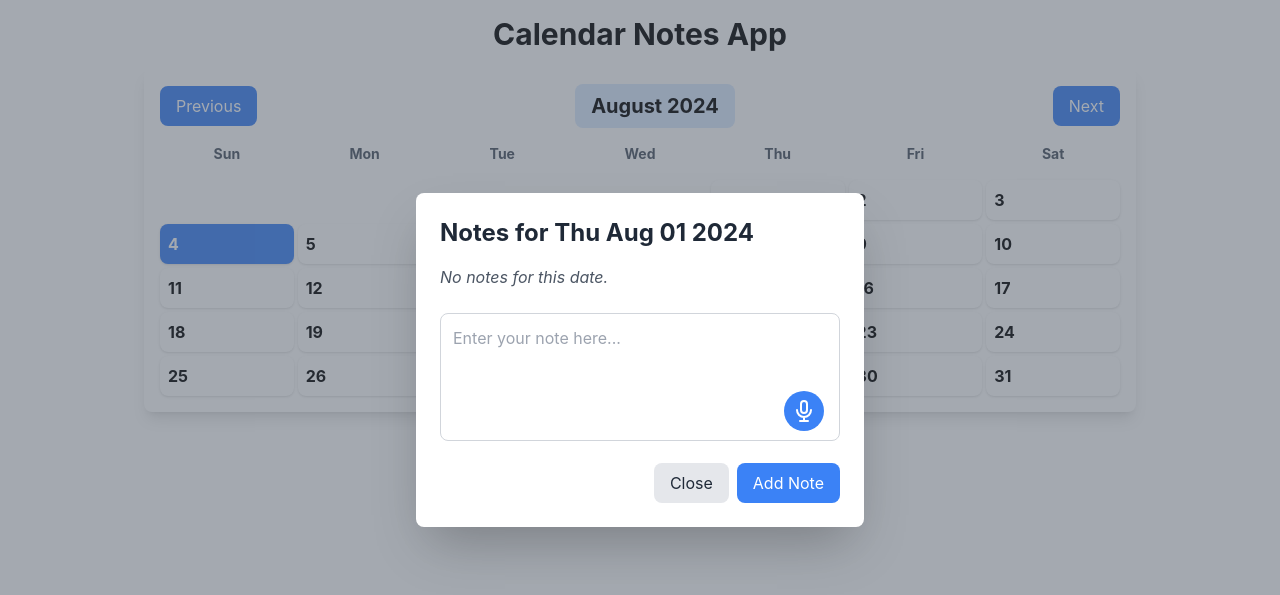
Repository: boogerjosh/Calendar-Notes-App
Page: /, after clicking the first element matching `div.cursor-pointer`
An editor plug-in stored every save of this project. The page is shown before and after the next save, followed by the edit.
The browser window is 1280 px wide. The pictures show the whole page.
The project was rebuilt for these pictures with package versions that can differ from the ones it lists, and the page was loaded fresh each time.

Above is the page before, as saved 2024-08-04 10:44:07.

### src/App.tsx
import React, { useState } from 'react';
import Calendar from './components/Calendar';
import NoteModal from './components/NoteModal';

interface Note {
  id: string;
  date: Date;
  content: string;
}

const App: React.FC = () => {
  const [selectedDate, setSelectedDate] = useState<Date | null>(null);
  const [notes, setNotes] = useState<Note[]>([]);
  const [isModalOpen, setIsModalOpen] = useState(false);

  const handleDateClick = (date: Date) => {
    setSelectedDate(date);
    setIsModalOpen(true);
  };

  const handleAddNote = (content: string) => {
    if (selectedDate) {
      const newNote: Note = {
        id: Date.now().toString(),
        date: selectedDate,
        content
      };
      setNotes([...notes, newNote]);
      setIsModalOpen(false);
    }
  };

  const getNotesForDate = (date: Date) => {
    return notes.filter(note => note.date.toDateString() === date.toDateString());
  };

  return (
    <div className="container mx-auto p-4 max-w-screen-lg">
      <h1 className="text-2xl md:text-3xl font-bold mb-4 text-center">Calendar Notes App</h1>
      <Calendar onDateClick={handleDateClick} notes={notes} />
      {isModalOpen && selectedDate && (
        <NoteModal
          date={selectedDate}
          notes={getNotesForDate(selectedDate)}
          onClose={() => setIsModalOpen(false)}
          onAddNote={handleAddNote}
        />
      )}
    </div>
  );
};

export default App;

### src/components/Calendar.tsx
import React, { useState } from 'react';
import { motion, AnimatePresence } from 'framer-motion';

interface Note {
  id: string;
  date: Date;
  content: string;
}

interface CalendarProps {
  onDateClick: (date: Date) => void;
  notes: Note[];
}

const Calendar: React.FC<CalendarProps> = ({ onDateClick, notes }) => {
  const [currentDate, setCurrentDate] = useState(new Date());
  const [isMonthSelectorVisible, setIsMonthSelectorVisible] = useState(false);
  const monthNames = ["January", "February", "March", "April", "May", "June", "July", "August", "September", "October", "November", "December"];

  const getDaysInMonth = (year: number, month: number) => {
    return new Date(year, month + 1, 0).getDate();
  };

  const getFirstDayOfMonth = (year: number, month: number) => {
    return new Date(year, month, 1).getDay();
  };

  const renderCalendarDays = () => {
    const year = currentDate.getFullYear();
    const month = currentDate.getMonth();
    const daysInMonth = getDaysInMonth(year, month);
    const firstDayOfMonth = getFirstDayOfMonth(year, month);

    const days = [];

    // Add empty cells for days before the first day of the month
    for (let i = 0; i < firstDayOfMonth; i++) {
      days.push(<div key={`empty-${i}`} className="p-1 md:p-2"></div>);
    }

    // Add cells for each day of the month
    for (let i = 1; i <= daysInMonth; i++) {
      const date = new Date(year, month, i);
      const notesForDate = notes.filter(note => note.date.toDateString() === date.toDateString());
      const noteCount = notesForDate.length;
      const isToday = date.toDateString() === new Date().toDateString();

      days.push(
        <motion.div
          key={i}
          whileHover={{ scale: 1.05 }}
          whileTap={{ scale: 0.95 }}
          className={`p-1 md:p-2 rounded-lg cursor-pointer ${isToday ? 'bg-blue-500 text-white' : noteCount > 0 ? 'bg-blue-100' : 'bg-white hover:bg-gray-100'
            } transition-colors duration-200 shadow`}
          onClick={() => onDateClick(date)}
        >
          <span className={`font-bold text-sm md:text-base ${isToday ? 'text-white' : ''}`}>{i}</span>
          {noteCount > 0 && (
            <div className="w-4 h-4 md:w-5 md:h-5 bg-blue-500 rounded-full ml-1 inline-flex items-center justify-center text-white text-xs">
              {noteCount}
            </div>
          )}
        </motion.div>
      );
    }

    return days;
  };

  const navigateMonth = (direction: 'prev' | 'next') => {
    setCurrentDate(prevDate => {
      const newDate = new Date(prevDate);
      if (direction === 'prev') {
        newDate.setMonth(prevDate.getMonth() - 1);
      } else {
        newDate.setMonth(prevDate.getMonth() + 1);
      }
      return newDate;
    });
  };

  const handleMonthClick = () => {
    setIsMonthSelectorVisible(!isMonthSelectorVisible);
  };

  const handleMonthSelect = (monthIndex: number) => {
    setCurrentDate(new Date(currentDate.getFullYear(), monthIndex, 1));
    setIsMonthSelectorVisible(false);
  };

  const renderMonthSelector = () => {
    return (
      <motion.div
        initial={{ opacity: 0, y: -10 }}
        animate={{ opacity: 1, y: 0 }}
        exit={{ opacity: 0, y: -10 }}
        className="absolute top-full left-0 right-0 bg-white border shadow-lg rounded-lg p-2 grid grid-cols-1 gap-2 z-10"
      >
        {monthNames.map((month, index) => (
          <motion.button
            key={month}
            whileHover={{ scale: 1.05 }}
            whileTap={{ scale: 0.95 }}
            onClick={() => handleMonthSelect(index)}
            className="px-2 py-1 text-sm hover:bg-blue-100 rounded transition-colors duration-200"
          >
            {month}
          </motion.button>
        ))}
      </motion.div>
    );
  };

  return (
    <div className="bg-white rounded-lg shadow-lg p-4">
      <div className="flex justify-between items-center mb-4">
        <motion.button
          whileHover={{ scale: 1.05 }}
          whileTap={{ scale: 0.95 }}
          onClick={() => navigateMonth('prev')}
          className="px-2 py-1 md:px-4 md:py-2 bg-blue-500 text-white rounded-lg text-sm md:text-base hover:bg-blue-600 transition-colors duration-200"
        >
          Previous
        </motion.button>
        <div className="relative">
          <motion.button
            whileHover={{ scale: 1.05 }}
            whileTap={{ scale: 0.95 }}
            onClick={handleMonthClick}
            className="text-lg md:text-xl font-bold px-2 py-1 md:px-4 md:py-2 bg-blue-100 rounded-lg hover:bg-blue-200 transition-colors duration-200"
          >
            {monthNames[currentDate.getMonth()]} {currentDate.getFullYear()}
          </motion.button>
          <AnimatePresence>
            {isMonthSelectorVisible && renderMonthSelector()}
          </AnimatePresence>
        </div>
        <motion.button
          whileHover={{ scale: 1.05 }}
          whileTap={{ scale: 0.95 }}
          onClick={() => navigateMonth('next')}
          className="px-2 py-1 md:px-4 md:py-2 bg-blue-500 text-white rounded-lg text-sm md:text-base hover:bg-blue-600 transition-colors duration-200"
        >
          Next
        </motion.button>
      </div>
      <div className="grid grid-cols-7 gap-1 mb-2 md:mb-4">
        {['Sun', 'Mon', 'Tue', 'Wed', 'Thu', 'Fri', 'Sat'].map(day => (
          <div key={day} className="font-bold text-center text-xs md:text-sm text-gray-600">{day}</div>
        ))}
      </div>
      <motion.div
        initial={{ opacity: 0 }}
        animate={{ opacity: 1 }}
        exit={{ opacity: 0 }}
        className="grid grid-cols-7 gap-1"
      >
        {renderCalendarDays()}
      </motion.div>
    </div>
  );
};

export default Calendar;

### src/components/NoteModal.tsx
import React, { useState, useEffect, useRef } from 'react';
import { motion, AnimatePresence } from 'framer-motion';

interface Note {
  id: string;
  date: Date;
  content: string;
}

interface NoteModalProps {
  date: Date;
  notes: Note[];
  onClose: () => void;
  onAddNote: (content: string) => void;
}

const NoteModal: React.FC<NoteModalProps> = ({ date, notes, onClose, onAddNote }) => {
  const [noteContent, setNoteContent] = useState('');
  const [activeNoteId, setActiveNoteId] = useState<string | null>(null);
  const [isListening, setIsListening] = useState(false);
  const recognitionRef = useRef<SpeechRecognition | null>(null);

  useEffect(() => {
    const handleEscape = (event: KeyboardEvent) => {
      if (event.key === 'Escape') {
        onClose();
      }
    };
    window.addEventListener('keydown', handleEscape);

    // Initialize speech recognition
    if ('SpeechRecognition' in window || 'webkitSpeechRecognition' in window) {
      const SpeechRecognition = window.SpeechRecognition || window.webkitSpeechRecognition;
      recognitionRef.current = new SpeechRecognition();
      recognitionRef.current.continuous = true;
      recognitionRef.current.interimResults = true;

      recognitionRef.current.onresult = (event: SpeechRecognitionEvent) => {
        const transcript = Array.from(event.results)
          .map(result => result[0].transcript).join('');
        setNoteContent(prevContent => prevContent + ' ' + transcript);
      };

      recognitionRef.current.onerror = (event: SpeechRecognitionErrorEvent) => {
        console.error('Speech recognition error', event.error);
        setIsListening(false);
      };
    }

    return () => {
      window.removeEventListener('keydown', handleEscape);
      if (recognitionRef.current) {
        recognitionRef.current.stop();
      }
    };
  }, [onClose]);

  const handleSubmit = (e: React.FormEvent) => {
    e.preventDefault();
    if (noteContent.trim()) {
      onAddNote(noteContent);
      setNoteContent('');
    }
  };

  const handleNoteClick = (noteId: string) => {
    setActiveNoteId(activeNoteId === noteId ? null : noteId);
  };

  const toggleListening = () => {
    if (isListening) {
      recognitionRef.current?.stop();
    } else {
      recognitionRef.current?.start();
    }
    setIsListening(!isListening);
  };

  return (
    <AnimatePresence>
      <motion.div
        initial={{ opacity: 0 }}
        animate={{ opacity: 1 }}
        exit={{ opacity: 0 }}
        className="fixed inset-0 bg-gray-600 bg-opacity-50 flex justify-center items-center p-4 z-50"
        onClick={onClose}
      >
        <motion.div
          initial={{ scale: 0.9, opacity: 0 }}
          animate={{ scale: 1, opacity: 1 }}
          exit={{ scale: 0.9, opacity: 0 }}
          transition={{ type: 'spring', damping: 20, stiffness: 300 }}
          className="bg-white p-6 rounded-lg w-full max-w-md shadow-2xl"
          onClick={(e) => e.stopPropagation()}
        >
          <h2 className="text-2xl font-bold mb-4 text-gray-800">
            Notes for {date.toDateString()}
          </h2>
          <div className="mb-6 max-h-48 overflow-y-auto">
            <AnimatePresence>
              {notes.length > 0 ? (
                notes.map((note) => (
                  <motion.div
                    key={note.id}
                    initial={{ opacity: 0, y: -10 }}
                    animate={{ opacity: 1, y: 0 }}
                    exit={{ opacity: 0, y: -10 }}
                    className={`bg-gray-100 p-3 mb-2 rounded-lg cursor-pointer transition-colors duration-200 ${activeNoteId === note.id ? 'bg-blue-100' : 'hover:bg-gray-200'
                      }`}
                    onClick={() => handleNoteClick(note.id)}
                  >
                    <p className="text-sm text-gray-800 break-words">
                      {activeNoteId === note.id ? note.content : note.content.slice(0, 50) + (note.content.length > 50 ? '...' : '')}
                    </p>
                  </motion.div>
                ))
              ) : (
                <p className="text-gray-600 italic">No notes for this date.</p>
              )}
            </AnimatePresence>
          </div>
          <form onSubmit={handleSubmit} className="space-y-4">
            <div className="relative">
              <textarea
                className="w-full h-32 p-3 border border-gray-300 rounded-lg focus:ring-2 focus:ring-blue-500 focus:border-transparent resize-none"
                value={noteContent}
                onChange={(e) => setNoteContent(e.target.value)}
                placeholder="Enter your note here..."
              />
              <motion.button
                whileHover={{ scale: 1.1 }}
                whileTap={{ scale: 0.9 }}
                type="button"
                onClick={toggleListening}
                className={`absolute right-4 bottom-4 p-2 rounded-full ${isListening ? 'bg-red-500' : 'bg-blue-500'
                  } text-white`}
              >
                <svg xmlns="http://www.w3.org/2000/svg" className="h-6 w-6" fill="none" viewBox="0 0 24 24" stroke="currentColor">
                  <path strokeLinecap="round" strokeLinejoin="round" strokeWidth={2} d="M19 11a7 7 0 01-7 7m0 0a7 7 0 01-7-7m7 7v4m0 0H8m4 0h4m-4-8a3 3 0 01-3-3V5a3 3 0 116 0v6a3 3 0 01-3 3z" />
                </svg>
              </motion.button>
            </div>
            <div className="flex justify-end space-x-2">
              <button
                type="button"
                className="px-4 py-2 bg-gray-200 text-gray-800 rounded-lg hover:bg-gray-300 transition-colors duration-200"
                onClick={onClose}
              >
                Close
              </button>
              <button
                type="submit"
                className="px-4 py-2 bg-blue-500 text-white rounded-lg hover:bg-blue-600 transition-colors duration-200"
              >
                Add Note
              </button>
            </div>
          </form>
        </motion.div>
      </motion.div>
    </AnimatePresence>
  );
};

export default NoteModal;

Loaded but not shown: public/index.html (common file); src/index.tsx (common file); src/index.css (common file); src/reportWebVitals.ts (common file); tailwind.config.js (common file)

After the next save:
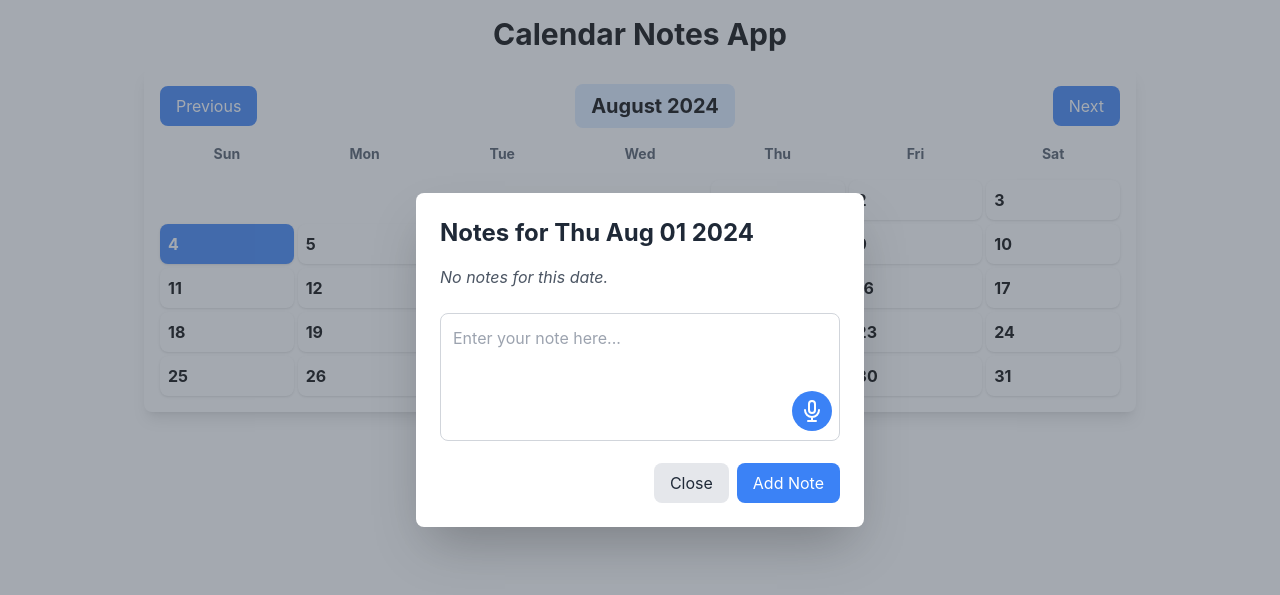
Saved 16 s later.
--- a/src/components/NoteModal.tsx
+++ b/src/components/NoteModal.tsx
@@ -132,7 +132,7 @@ const NoteModal: React.FC<NoteModalProps> = ({ date, notes, onClose, onAddNote }
                 whileTap={{ scale: 0.9 }}
                 type="button"
                 onClick={toggleListening}
-                className={`absolute right-4 bottom-4 p-2 rounded-full ${isListening ? 'bg-red-500' : 'bg-blue-500'
+                className={`absolute right-2 bottom-4 p-2 rounded-full ${isListening ? 'bg-red-500' : 'bg-blue-500'
                   } text-white`}
               >
                 <svg xmlns="http://www.w3.org/2000/svg" className="h-6 w-6" fill="none" viewBox="0 0 24 24" stroke="currentColor">
